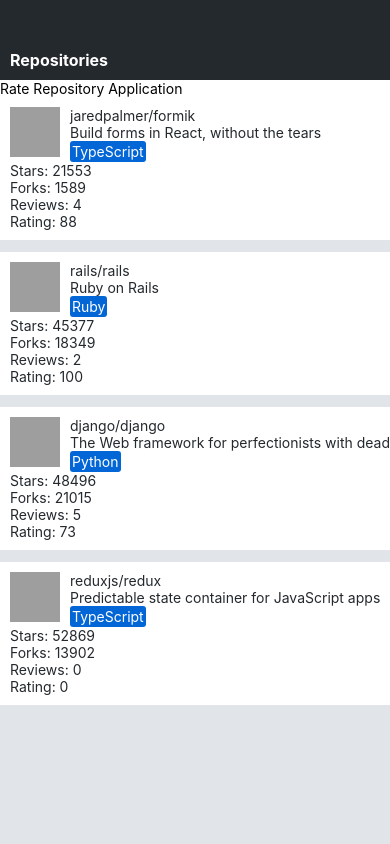
Repository: OrmeSile/react-native-FSO
Screen: / (app in rate-repository-app/)
The author's editor kept a copy of each file at every save. The screen is drawn from the files as they stood at one save, then again after the next save.
Pictures or frames that could not be fetched are drawn as grey boxes. The app was drawn by React Native's web renderer in a window 390 px wide. The project was rebuilt for these pictures with package versions that can differ from the ones it lists, and the page was loaded fresh each time. Some packages were replaced by stand-ins written for this rebuild.

Above is the screen before, as saved 2022-05-15 17:59:26.

### rate-repository-app/App.js
import Main from './src/components/Main';
import theme from './src/theme';
import { StyleSheet } from 'react-native';

const styles = StyleSheet.create({
  container: {
    backgroundColor: theme.colors.mainBackgroundColor
  }
})
const App = () => {
  return <Main />;
};

export default App;

### rate-repository-app/src/components/Main.jsx
import { Text, StyleSheet, View } from 'react-native';
import AppBar from './AppBar';
import RepositoryList from './RepositoryList';

const styles = StyleSheet.create({
  container: {
    flexGrow: 1,
    flexShrink: 1,
  },
});

const Main = () => {
  return (
    <View style={styles.container}>
      <AppBar/>
      <Text>Rate Repository Application</Text>
        <RepositoryList />
    </View>
  );
};

export default Main;

### rate-repository-app/src/theme.js
const theme = {
  colors: {
    textPrimary: '#24292e',
    textSecondary: '#586069',
    primary: '#0366d6',
    appBarBackgroundColor: '#24292e',
    mainBackgroundColor: '#e1e4e8'
  },
  fontSizes: {
    body: 14,
    subheading: 16,
  },
  fonts: {
    main: 'System',
  },
  fontWeights: {
    normal: '400',
    bold: '700',
  },
};

export default theme;

### rate-repository-app/src/components/AppBar.jsx
import { View, StyleSheet } from 'react-native';
import Constants from 'expo-constants';
import theme from '../theme';
import AppBarTab from './AppBarTab';

const styles = StyleSheet.create({
  container: {
    paddingTop: Constants.statusBarHeight,
    height: 80,
    backgroundColor: theme.colors.appBarBackgroundColor,
    display: 'flex',
    flexDirection: 'row'
  },

});

const AppBar = () => {
  return <View style={styles.container}>
    <AppBarTab text='Repositories'/>
  </View>;
};

export default AppBar;

### rate-repository-app/src/components/RepositoryList.jsx
import { FlatList, View, StyleSheet } from 'react-native';
import {RepositoryItem} from './RepositoryItem/index';
import theme from '../theme';
const styles = StyleSheet.create({
  separator: {
    height: 10,
  },
  flatList: {
    backgroundColor: theme.colors.mainBackgroundColor
  }
});

const repositories = [
  {
    id: 'jaredpalmer.formik',
    fullName: 'jaredpalmer/formik',
    description: 'Build forms in React, without the tears',
    language: 'TypeScript',
    forksCount: 1589,
    stargazersCount: 21553,
    ratingAverage: 88,
    reviewCount: 4,
    ownerAvatarUrl: 'https://avatars2.githubusercontent.com/u/4060187?v=4',
  },
  {
    id: 'rails.rails',
    fullName: 'rails/rails',
    description: 'Ruby on Rails',
    language: 'Ruby',
    forksCount: 18349,
    stargazersCount: 45377,
    ratingAverage: 100,
    reviewCount: 2,
    ownerAvatarUrl: 'https://avatars1.githubusercontent.com/u/4223?v=4',
  },
  {
    id: 'django.django',
    fullName: 'django/django',
    description: 'The Web framework for perfectionists with deadlines.',
    language: 'Python',
    forksCount: 21015,
    stargazersCount: 48496,
    ratingAverage: 73,
    reviewCount: 5,
    ownerAvatarUrl: 'https://avatars2.githubusercontent.com/u/27804?v=4',
  },
  {
    id: 'reduxjs.redux',
    fullName: 'reduxjs/redux',
    description: 'Predictable state container for JavaScript apps',
    language: 'TypeScript',
    forksCount: 13902,
    stargazersCount: 52869,
    ratingAverage: 0,
    reviewCount: 0,
    ownerAvatarUrl: 'https://avatars3.githubusercontent.com/u/13142323?v=4',
  },
];

const ItemSeparator = () => <View style={styles.separator} />;

const RepositoryList = () => {
  return (
    <FlatList
      style={styles.flatList}
      data={repositories}
      ItemSeparatorComponent={ItemSeparator}
      renderItem={({ item }) => (
        <View>
          <RepositoryItem key={item.id} item={item}/>
        </View>
      )}
    />
  );
};

export default RepositoryList;

### rate-repository-app/src/components/AppBarTab.jsx
import { StyleSheet, Pressable } from 'react-native';
import Text from './Text';

const styles = StyleSheet.create({
  pressableTab: {
    display: 'flex',
    flexShrink: 1,
    alignItems: 'center',
    justifyContent: 'flex-end',
    padding: 10,
  },
  tabText: {
    color: 'white',
  },
});
const AppBarTab = ({ text }) => {
  return (
    <Pressable
      style={styles.pressableTab}
      onPress={() => console.log('pressed')}
    >
      <Text style={styles.tabText} fontWeight='bold' fontSize='subheading'>
        {text}
      </Text>
    </Pressable>
  );
};

export default AppBarTab;

### rate-repository-app/src/components/RepositoryItem/index.js
export { default as RepositoryItem } from './RepositoryItem';

### rate-repository-app/src/components/Text.jsx
import { Text as NativeText, StyleSheet } from 'react-native';

import theme from '../theme';

const styles = StyleSheet.create({
  text: {
    color: theme.colors.textPrimary,
    fontSize: theme.fontSizes.body,
    fontFamily: theme.fonts.main,
    fontWeight: theme.fontWeights.normal,
  },
  colorTextSecondary: {
    color: theme.colors.textSecondary,
  },
  colorPrimary: {
    color: theme.colors.primary,
  },
  fontSizeSubheading: {
    fontSize: theme.fontSizes.subheading,
  },
  fontWeightBold: {
    fontWeight: theme.fontWeights.bold,
  },
});

const Text = ({ color, fontSize, fontWeight, style, ...props }) => {
  const textStyle = [
    styles.text,
    color === 'textSecondary' && styles.colorTextSecondary,
    color === 'primary' && styles.colorPrimary,
    fontSize === 'subheading' && styles.fontSizeSubheading,
    fontWeight === 'bold' && styles.fontWeightBold,
    style,
  ];

  return <NativeText style={textStyle} {...props} />;
};

export default Text;

### rate-repository-app/src/components/RepositoryItem/RepositoryItem.jsx
import { View, StyleSheet } from 'react-native';
import Text from '../Text';
import ItemInfo from './ItemInfo';

const styles = StyleSheet.create({
  container: {
    marginBottom: 2,
    padding: 10,
    backgroundColor: 'white',
  },
});

const RepositoryItem = ({ item }) => {

  return (
    <View style={styles.container}>
      <ItemInfo
        logo={item.ownerAvatarUrl}
        fullName={item.fullName}
        description={item.description}
        language={item.language}
      />
      <Text>Stars: {item.stargazersCount}</Text>
      <Text>Forks: {item.forksCount}</Text>
      <Text>Reviews: {item.reviewCount}</Text>
      <Text>Rating: {item.ratingAverage}</Text>
    </View>
  );
};

export default RepositoryItem;

### rate-repository-app/src/components/RepositoryItem/ItemInfo.jsx
import { View, StyleSheet, Image } from 'react-native';
import Text from '../Text';
import theme from '../../theme';

const styles = StyleSheet.create({
  logo: {
    width: 50,
    height: 50,
  },
  imageAndTitle: {
    display: 'flex',
    flexDirection: 'row',
  },
  titleAndDesc: {
    display: 'flex',
    alignItems: 'flex-start',
    paddingLeft: 10,
  },
  language: {
    color: 'white',
    backgroundColor: theme.colors.primary,
    padding: 2,
    borderRadius: 3,
  },
});

const ItemInfo = ({ logo, fullName, description, language }) => {
  return (
    <View style={styles.imageAndTitle}>
      <Image style={styles.logo} source={{ uri: logo }} />
      <View style={styles.titleAndDesc}>
        <Text>{fullName}</Text>
        <Text>{description}</Text>
        <Text style={styles.language}>{language}</Text>
      </View>
    </View>
  );
};

export default ItemInfo;

After the next save:
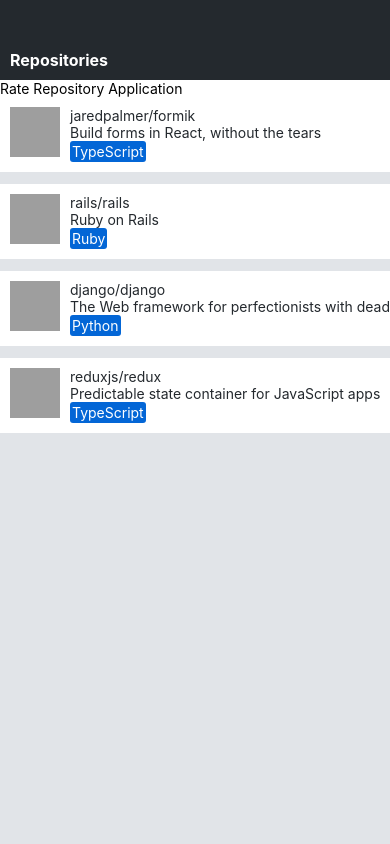
Saved 8 s later.
--- a/rate-repository-app/src/components/RepositoryItem/RepositoryItem.jsx
+++ b/rate-repository-app/src/components/RepositoryItem/RepositoryItem.jsx
@@ -20,10 +20,7 @@
         description={item.description}
         language={item.language}
       />
-      <Text>Stars: {item.stargazersCount}</Text>
-      <Text>Forks: {item.forksCount}</Text>
-      <Text>Reviews: {item.reviewCount}</Text>
-      <Text>Rating: {item.ratingAverage}</Text>
+
     </View>
   );
 };
